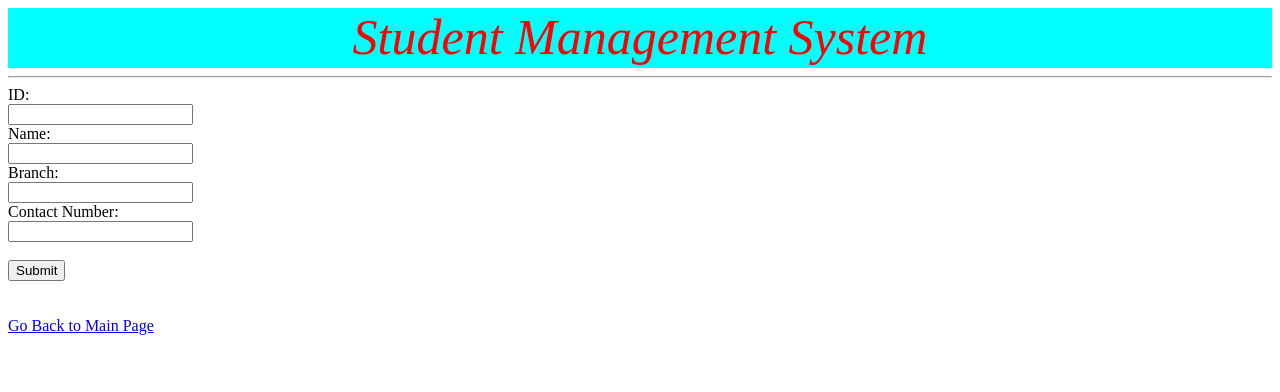
Repository: Aviligonda/Servlet_Programs
Page: http://localhost/StudentManagementSystem/register.jsp
An editor plug-in stored every save of this project. The page is shown before and after the next save, followed by the edit.
The browser window is 1280 px wide. The pictures show the whole page.
The page is served by Tomcat 9.

Above is the page before, as saved 2024-11-25 13:22:28.

After the next save:
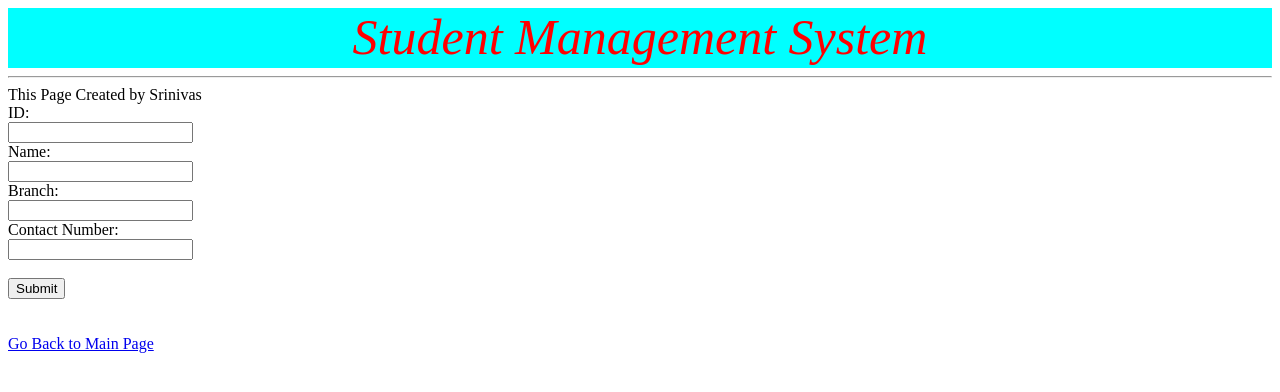
Saved 9 s later.
--- a/StudentManagementSystem/src/main/webapp/footer.jsp
+++ b/StudentManagementSystem/src/main/webapp/footer.jsp
@@ -9,6 +9,7 @@
 <body>
 <div>
 <!-- <footer style="color:blue; text-align:center;display : block; position: absolute;bottom: 0;right:0;font-size=50px;">This Page Created by Srinivas</footer> -->
+This Page Created by Srinivas
 </div>
 </body>
 </html>
